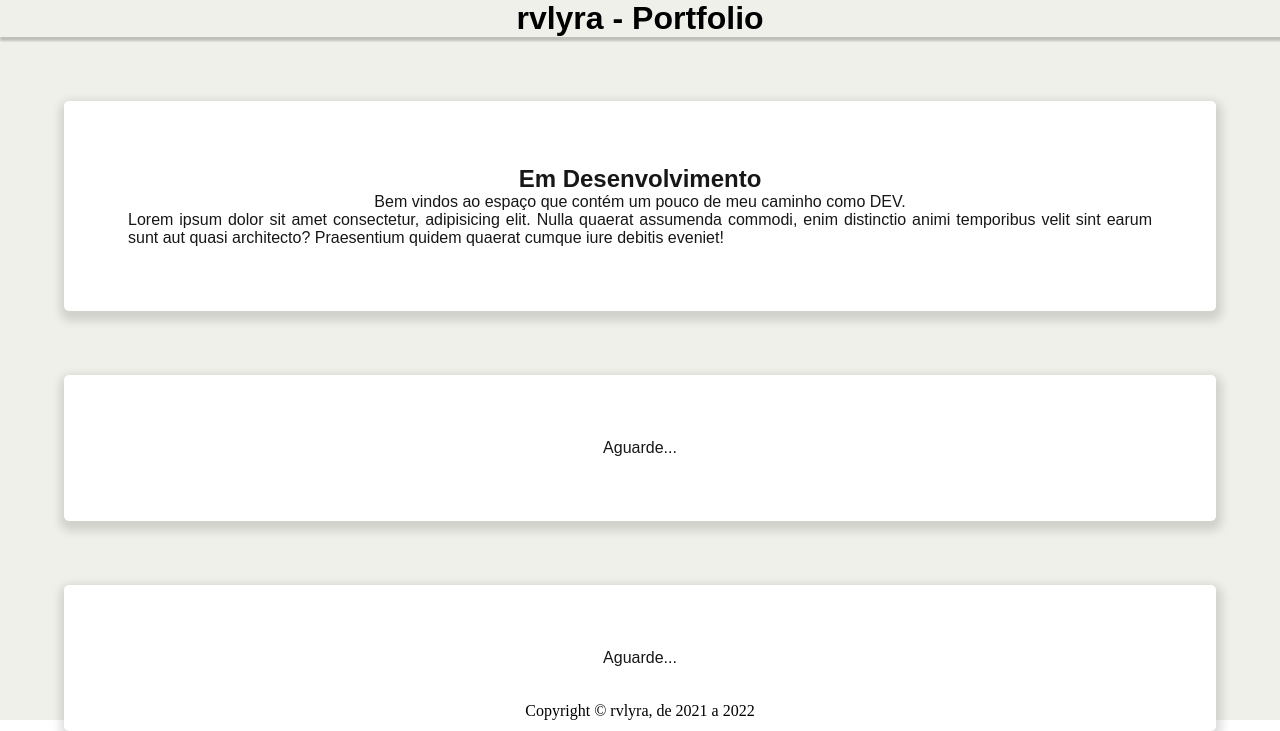
Repository: rvlyra/splash-screen-rvlyra
Page: Portfolio-RVLYRA/public/index.html
An editor plug-in stored every save of this project. The page is shown before and after the next save, followed by the edit.
The browser window is 1280 px wide. The pictures show the whole page.
Some web fonts or font styles are not loaded; a fallback is used.

Above is the page before, as saved 2022-07-06 09:43:24.

### Portfolio-RVLYRA/public/index.html
<!DOCTYPE html>
<html lang="en">
<head>
    <meta charset="UTF-8">
    <meta http-equiv="X-UA-Compatible" content="IE=edge">
    <meta name="viewport" content="width=device-width, initial-scale=1.0">
    <link rel="stylesheet" href="../assets/src/css/rl.main.css">
    <title>rvlyra @ Portfolio</title>
</head>
<body>
    <main>

        <header class="header">
            <h1>rvlyra - Portfolio</h1>
        </header>

        <section class="sec-one">
            <h2>Em Desenvolvimento</h2>
            <p>Bem vindos ao espaço que contém um pouco de meu caminho como DEV.</p>
            <p>Lorem ipsum dolor sit amet consectetur, adipisicing elit. Nulla quaerat assumenda commodi, enim distinctio animi temporibus velit sint earum sunt aut quasi architecto? Praesentium quidem quaerat cumque iure debitis eveniet!</p>
        </section>
        <section>
            Aguarde...
        </section>
        <section>
            Aguarde...
        </section>


        <footer class="footer">
            <p>Copyright © rvlyra, de 2021 a <span id="ano"></span></p>
        </footer>

    </main>

      <script src="../assets/src/js/rl.main.js"></script>
</body>
</html>

### Portfolio-RVLYRA/assets/src/css/rl.main.css
@import url('https://fonts.googleapis.com/css2?family=Mingzat&display=swap');

* {
    margin: 0;
    padding: 0;
    box-sizing: border-box;
}

.header {
    font-family: 'Mingzat', sans-serif;
    display:flex;
    justify-content:center;
    align-items:center;
    box-shadow: 2px 2px 2px 2px rgba(0, 0, 0, 0.2);
}

main {
    background-color: rgb(240, 240, 234);
    width:100vw;
    height:100vh;
}

section {
    font-family: 'Mingzat', sans-serif;
    display:flex;
    justify-content:space-evenly;
    align-items:center;
    flex-direction: column;
    color: rgb(24, 23, 23);
    text-align: justify;
    margin: 5%;
    padding: 5%;
    border-radius: 5px;
    box-shadow: 1px 5px 10px 5px rgba(0, 0, 0, 0.13);

    background-color:rgb(255, 255, 255);

}

.footer {
    width: 100%;
    bottom: 0;
    position: fixed;
    text-align: center;
}

### Portfolio-RVLYRA/assets/src/js/rl.main.js
const ano = document.getElementById("ano");
const anoAtual = new Date();
ano.innerHTML = anoAtual.getFullYear();

After the next save:
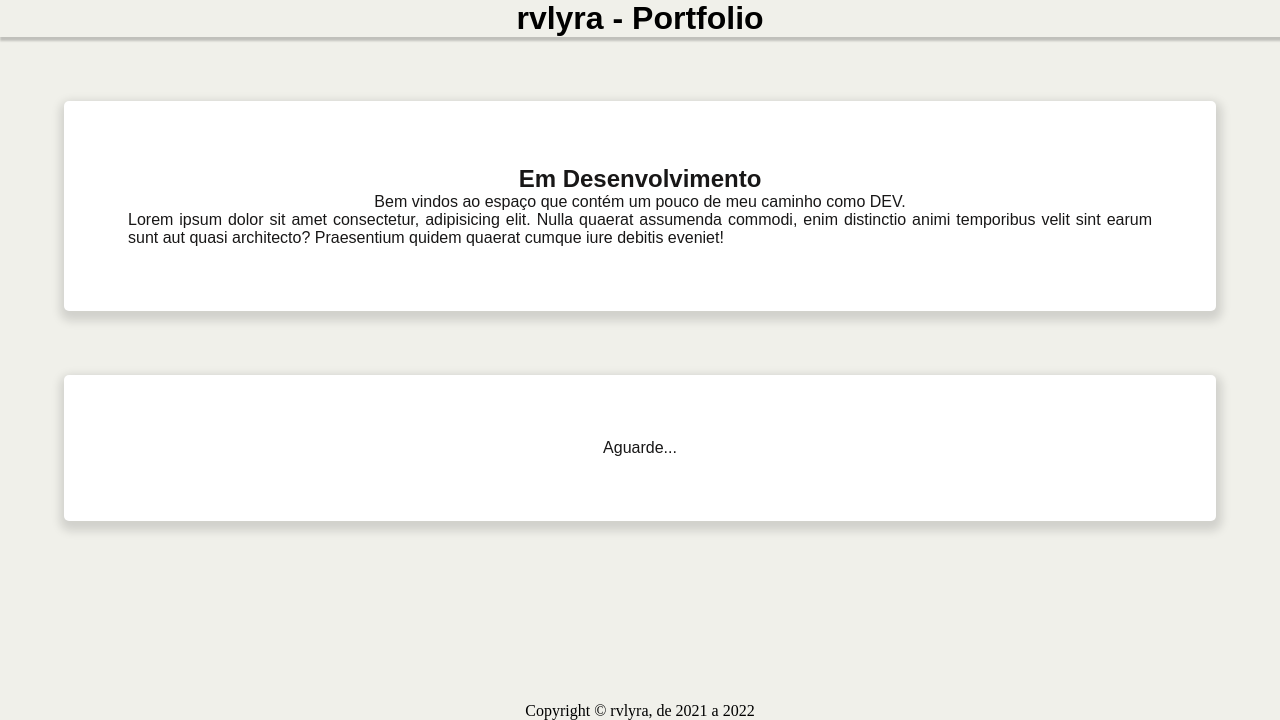
Saved 11 s later.
--- a/Portfolio-RVLYRA/public/index.html
+++ b/Portfolio-RVLYRA/public/index.html
@@ -22,9 +22,7 @@
         <section>
             Aguarde...
         </section>
-        <section>
-            Aguarde...
-        </section>
+
 
 
         <footer class="footer">
